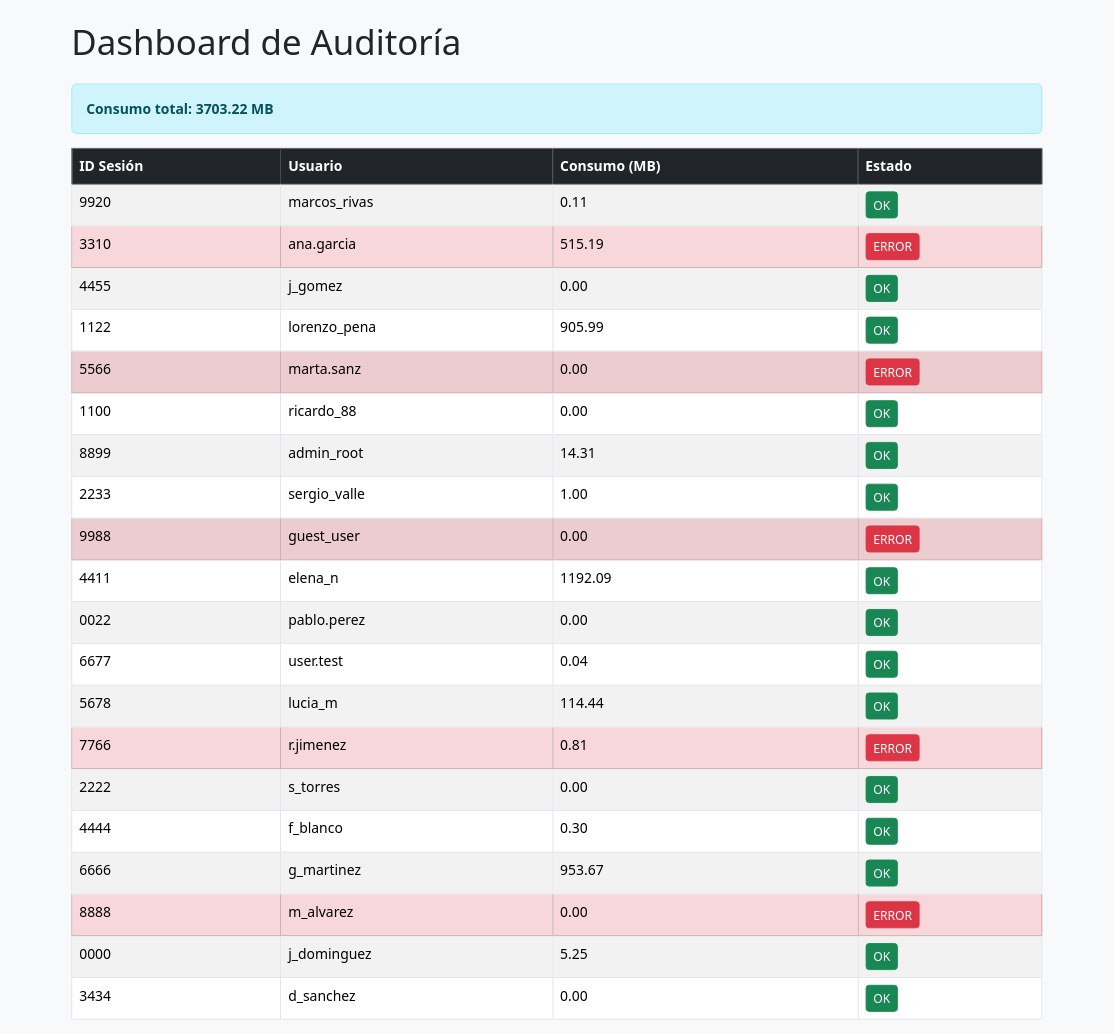
Repository: osoriomrs/DWEC
Page: EJER_16/Ejercicio1/index.html
An editor plug-in stored every save of this project. The page is shown before and after the next save, followed by the edit.
The browser window is 1280 px wide. The pictures show the whole page, at 87% of full size.

Above is the page before, as saved 2026-01-14 10:18:12.

### EJER_16/Ejercicio1/index.html
<!DOCTYPE html>
<html lang="es">
<head>
  <meta charset="UTF-8">
  <title>Dashboard Auditoría</title>
  <link href="https://cdn.jsdelivr.net/npm/bootstrap@5.3.2/dist/css/bootstrap.min.css" rel="stylesheet">
</head>
<body class="bg-light">

<div class="container mt-4">
  <h1 class="mb-4">Dashboard de Auditoría</h1>

  <div id="total" class="alert alert-info fw-bold"></div>

  <table class="table table-bordered table-striped">
    <thead class="table-dark">
      <tr>
        <th>ID Sesión</th>
        <th>Usuario</th>
        <th>Consumo (MB)</th>
        <th>Estado</th>
      </tr>
    </thead>
    <tbody id="tabla"></tbody>
  </table>
</div>

<script src="scripts/app.js"></script>
</body>
</html>

### EJER_16/Ejercicio1/scripts/app.js
const tabla = document.getElementById("tabla")
const totalDiv = document.getElementById("total")

async function cargarLogs() {
  try {
    const res = await fetch("data/logs.txt")
    if (!res.ok) throw new Error()
    const texto = await res.text()
    procesarLogs(texto)
  } catch {
    totalDiv.className = "alert alert-danger"
    totalDiv.textContent = "Error cargando el archivo de logs"
  }
}

function procesarLogs(texto) {
  const lineas = texto.split("\n")
  let totalMB = 0

  lineas.forEach(linea => {
    const limpia = linea.trim()
    if (!limpia) return

    const idParte = limpia.slice(limpia.indexOf("ID:") + 3, limpia.indexOf("|")).trim()
    const id = idParte.slice(idParte.indexOf("-") + 1)

    const usuario = limpia
      .slice(limpia.indexOf("user:") + 5, limpia.indexOf("| consumo"))
      .trim()
      .toLowerCase()

    const consumoStr = limpia
      .slice(limpia.indexOf("consumo:") + 8, limpia.indexOf("bytes"))
      .trim()

    const bytes = Number(consumoStr)
    const mb = bytes / 1024 / 1024
    totalMB += mb

    const error = limpia.includes("ERROR")

    const tr = document.createElement("tr")
    if (error) tr.classList.add("table-danger")

    const estadoBtn = error
      ? `<button class="btn btn-danger btn-sm">ERROR</button>`
      : `<button class="btn btn-success btn-sm">OK</button>`

    tr.innerHTML = `
      <td>${id}</td>
      <td>${usuario}</td>
      <td>${mb.toFixed(2)}</td>
      <td>${estadoBtn}</td>
    `

    tabla.appendChild(tr)
  })

  totalDiv.textContent = `Consumo total: ${totalMB.toFixed(2)} MB`
}

cargarLogs()

After the next save:
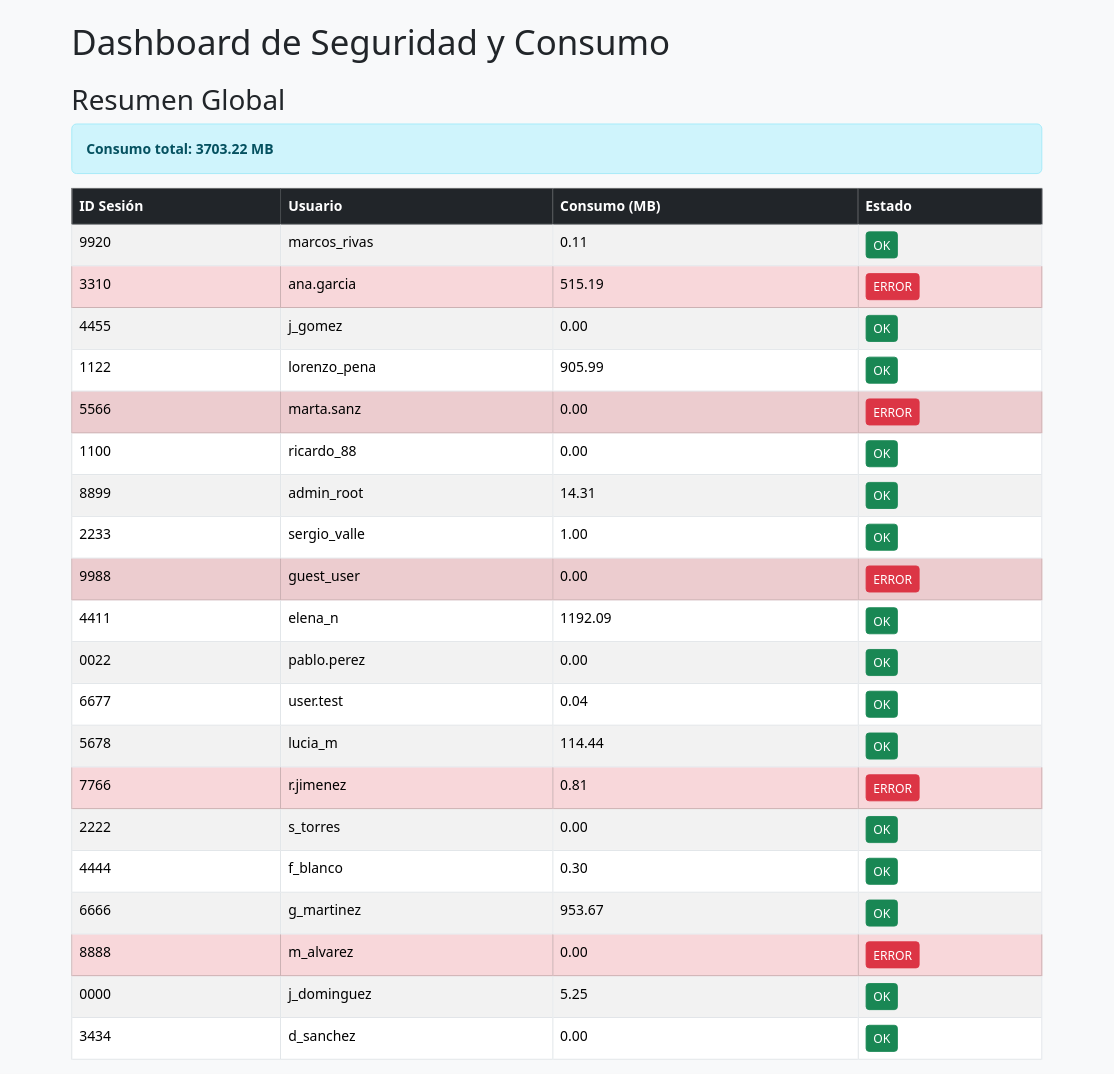
Saved 46 s later.
--- a/EJER_16/Ejercicio1/index.html
+++ b/EJER_16/Ejercicio1/index.html
@@ -8,7 +8,8 @@
 <body class="bg-light">
 
 <div class="container mt-4">
-  <h1 class="mb-4">Dashboard de Auditoría</h1>
+  <h1 class="mb-4">Dashboard de Seguridad y Consumo</h1>
+  <h2>Resumen Global</h2>
 
   <div id="total" class="alert alert-info fw-bold"></div>
 
